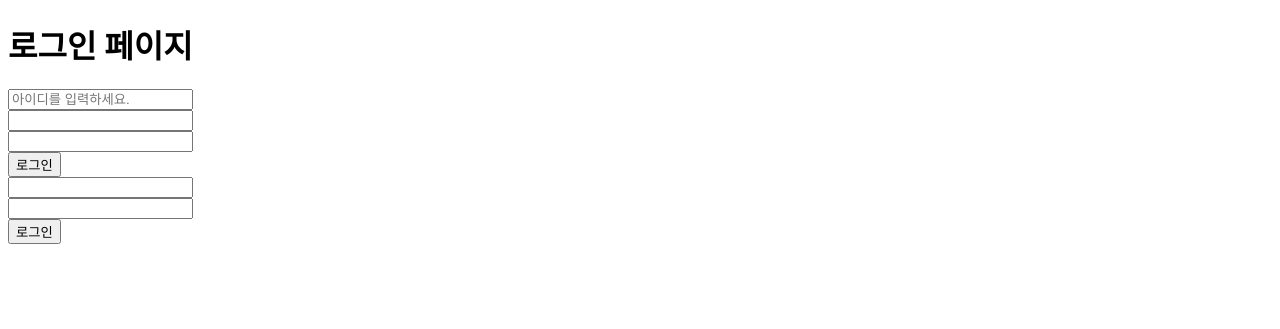
Repository: Chojaejun/javastudy
Page: HelloWorld/WebContent/c.html
The author's editor kept a copy of each file at every save. The page is drawn from the files as they stood at one save, then again after the next save.
The browser window is 1280 px wide. The pictures show the whole page.

Above is the page before, as saved 2020-12-04 06:53:31.

After the next save:
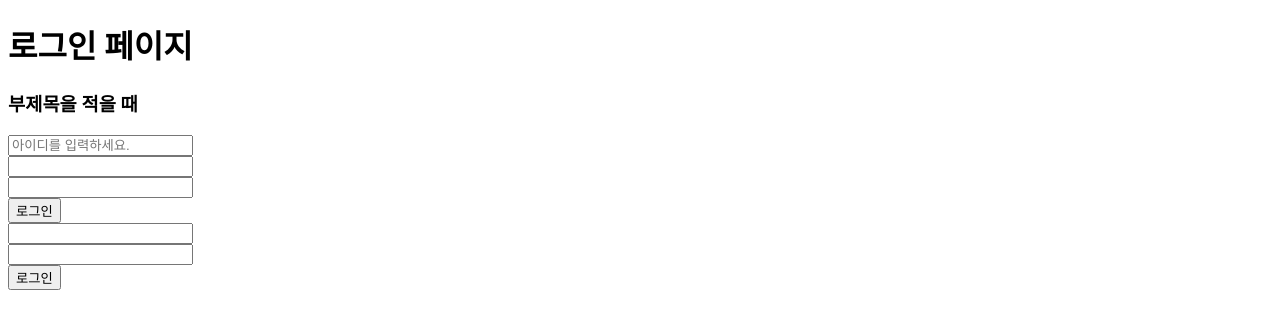
Saved 53 s later.
--- a/HelloWorld/WebContent/c.html
+++ b/HelloWorld/WebContent/c.html
@@ -7,6 +7,7 @@
 <body>
 
 <h1>로그인 페이지</h1>
+<h3>부제목을 적을 때</h3>
 
 <input placeholder="아이디를 입력하세요.">
 
